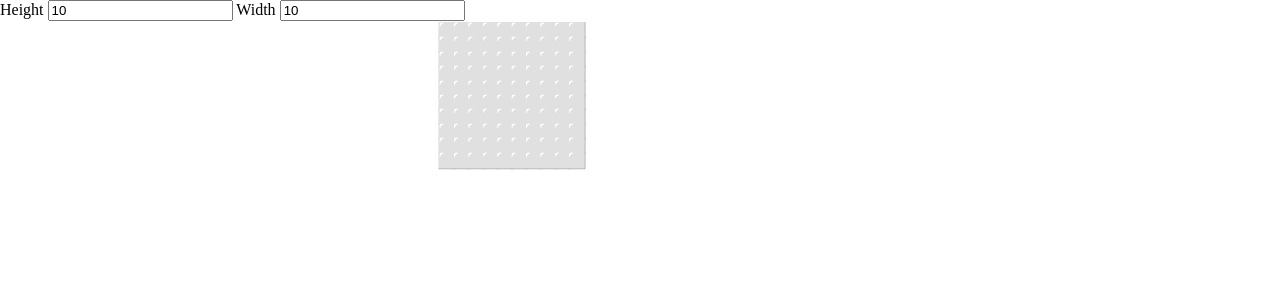
Repository: roast-rabbit/emoji-art-generator
Page: index.html
An editor plug-in stored every save of this project. The page is shown before and after the next save, followed by the edit.
The browser window is 1280 px wide. The pictures show the whole page.

Above is the page before, as saved 2022-12-06 15:40:26.

After the next save:
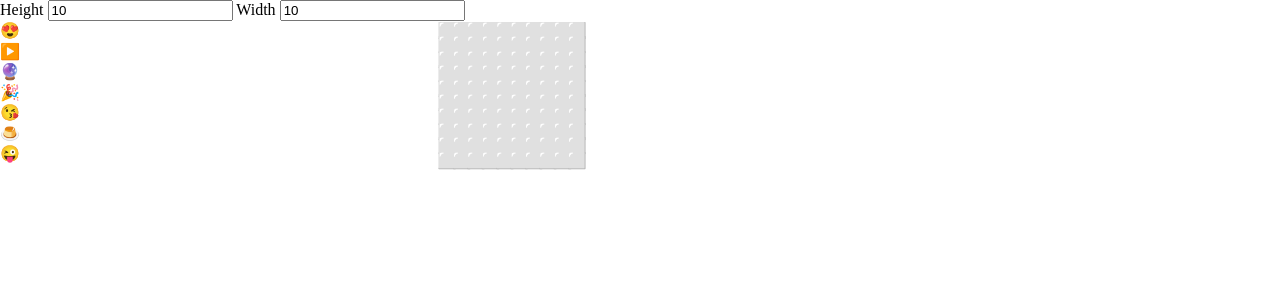
Saved 57 s later.
--- a/index.html
+++ b/index.html
@@ -15,7 +15,15 @@
       <input name="width" type="text" value="10" />
     </div>
     <div id="main">
-      <div id="side-tool-set"></div>
+      <div id="side-tool-set">
+        <div>😍</div>
+        <div>▶️</div>
+        <div>🔮</div>
+        <div>🎉</div>
+        <div>😘</div>
+        <div>🍮</div>
+        <div>😜</div>
+      </div>
       <div id="board"></div>
       <script src="index.js"></script>
     </div>
